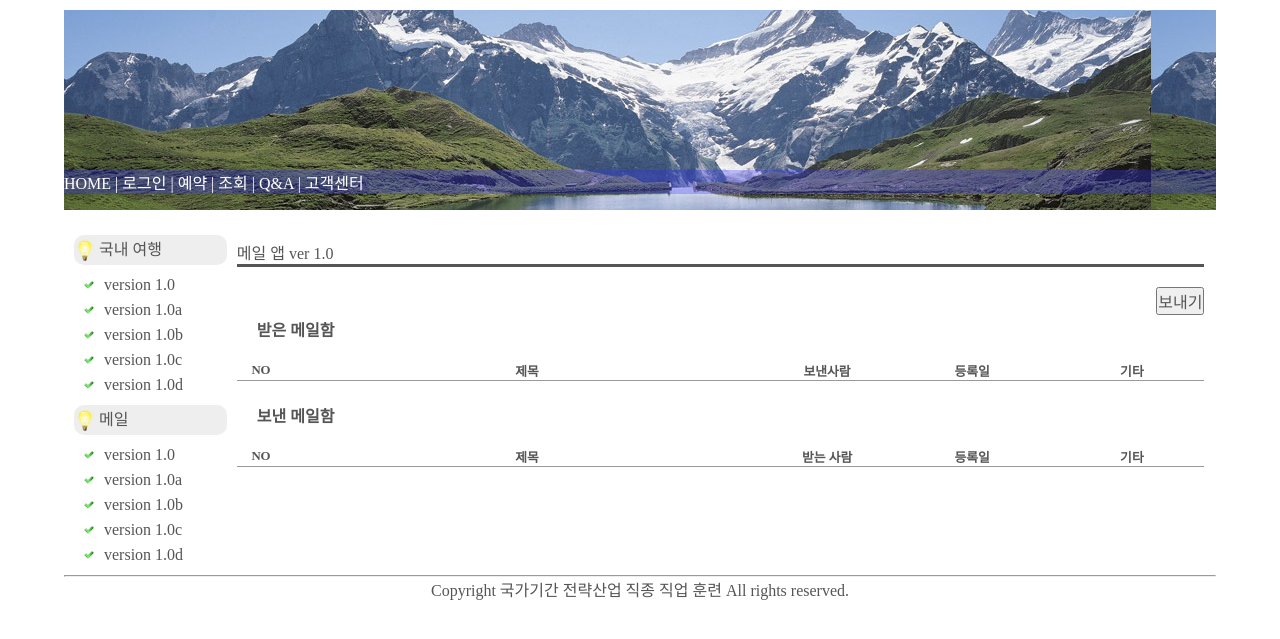
Repository: jangky000/ai_web
Page: http://localhost/blog_v2jc/mail_app/list.jsp
An editor plug-in stored every save of this project. The page is shown before and after the next save, followed by the edit.
The browser window is 1280 px wide. The pictures show the whole page.
The page is served by Tomcat 9. Other server files are loaded and not shown. Queries for data that is not in the repository find no rows.

Above is the page before, as saved 2020-03-27 06:49:35.

### ws__frame/blog_v2jc/WebContent/mail_app/list.jsp
<%@ page contentType="text/html; charset=UTF-8" %>

<!-- MySQL에서 DBMS에 연결할때 쓰던 import 패키지와 구성이 같다. -->
 <!-- MovieDAO2.java 참조 -->
<%@ page import="java.sql.Connection" %>
<%@ page import=" java.sql.DriverManager" %>
<%@ page import="java.sql.PreparedStatement" %>
<%@ page import="java.sql.ResultSet" %>
<%@ page import="java.sql.SQLException" %>

<%
request.setCharacterEncoding("utf-8");
String root = request.getContextPath();
%>

<%
// 필요 변수 선언
Connection con = null;              // DBMS 연결
PreparedStatement pstmt = null; // SQL 실행
ResultSet rs = null;                   // SELECT 결과를 저장
StringBuffer sql = null;              // SQL 문장
int count = 0;                         // 처리된 레코드 갯수

// MYSQL
// String className = "org.gjt.mm.mysql.Driver"; // MySQL 연결 Driver
// String url = "jdbc:mysql://172.16.12.4:3306/javadb?useUnicode=true&characterEncoding=euckr"; //데이터베이스 javadb 사용

//Oracle, jdbc 연결
String className = "oracle.jdbc.driver.OracleDriver"; // Oracle 연결 Driver
String url = "jdbc:oracle:thin:@127.0.0.1:1521:XE"; //XE -> soldesk 등으로 달라질 수 있다.

String user = "ai6";
String password = "1234";
%>

<!DOCTYPE html>
<html lang="ko">
<head>
<meta charset="UTF-8">
<title>메일 앱</title>
<link href="<%=root%>/css/style.css" rel="Stylesheet" type="text/css">
</head>
<body>
<jsp:include page="/menu/top.jsp" flush='false' />
  <div class="title_line">메일 앱 ver 1.0</div>
  <div class="sub_menu">
    <button type="button" onclick="location.href='./create_form.jsp'">보내기</button>
  </div>
  <table class="table_basic">
    <caption style="text-align: left; margin: 0 0 20px 20px;"><h2>받은 메일함</h2></caption>
    <colgroup>
      <col style="width: 5%;">
      <col style="width: 50%;">
      <col style="width: 12%;">
      <col style="width: 18%;">
      <col style="width: 15%;">
    </colgroup>
    <thead>
      <tr>
        <th class="th_basic">NO</th>
        <th class="th_basic">제목</th>
        <th class="th_basic">보낸사람</th>
        <th class="th_basic">등록일</th>
        <th class="th_basic">기타</th>
      </tr>
    </thead>
    <tbody>
      <%
      try {
        Class.forName(className);
        con = DriverManager.getConnection(url, user, password );

        sql = new StringBuffer();
        sql.append(" SELECT mailno, title, content, mail_from, mail_to, rdate");
        sql.append(" FROM mail_app");
        sql.append(" ORDER BY mailno DESC");

        pstmt = con.prepareStatement(sql.toString());

        rs = pstmt.executeQuery(); // SELECT문 실행: executeQuery() : return ResultSet 타입

        int n = 0;
        while(true) {
          if(rs.next() == true) {
            System.out.println(rs.getInt("mailno"));
            %>
            <tr>
              <td class="td_basic"><%= rs.getInt("mailno")%></td>
              <td class="td_left"><a href="./read.jsp?mailno=<%= rs.getInt("mailno")%>"><%= rs.getString("title")%></a></td>
              <td class="td_basic"><%= rs.getString("mail_from")%></td>
              <td class="td_basic"><%= rs.getString("rdate")%></td>
              <td class="td_basic">수정/삭제</td>
            </tr>
            <%
          }
          else {
            break;
          }
        }

      } catch (SQLException e) {
        System.out.println("SQL 실행 중 예외 발생");
        e.printStackTrace();
      } catch (ClassNotFoundException e) {
        System.out.println("JDBC 드라이버가 없습니다.");
        e.printStackTrace();
      } finally {
        try{ if (rs != null){ rs.close(); } }catch(Exception e){ }
        try{ if (pstmt != null){ pstmt.close(); } }catch(Exception e){ }
        try{ if (con != null){ con.close(); } }catch(Exception e){ }
      }
      %>
    </tbody>
  </table>

  <table class="table_basic">
    <caption style="text-align: left; margin: 20px 0 20px 20px;"><h2>보낸 메일함</h2></caption>
    <colgroup>
      <col style="width: 5%;">
      <col style="width: 50%;">
      <col style="width: 12%;">
      <col style="width: 18%;">
      <col style="width: 15%;">
    </colgroup>
    <thead>
      <tr>
        <th class="th_basic">NO</th>
        <th class="th_basic">제목</th>
        <th class="th_basic">받는 사람</th>
        <th class="th_basic">등록일</th>
        <th class="th_basic">기타</th>
      </tr>
    </thead>
    <tbody>
      <%
      try {
        Class.forName(className);
        con = DriverManager.getConnection(url, user, password );

        sql = new StringBuffer();
        sql.append(" SELECT mailno, title, content, mail_from, mail_to, rdate");
        sql.append(" FROM mail_app");
        sql.append(" ORDER BY mailno DESC");

        pstmt = con.prepareStatement(sql.toString());

        rs = pstmt.executeQuery(); // SELECT문 실행: executeQuery() : return ResultSet 타입

        int n = 0;
        while(true) {
          if(rs.next() == true) {
            System.out.println(rs.getInt("mailno"));
            %>
            <tr>
              <td class="td_basic"><%= rs.getInt("mailno")%></td>
              <td class="td_left"><a href="./read.jsp?mailno=<%= rs.getInt("mailno")%>"><%= rs.getString("title")%></a></td>
              <td class="td_basic"><%= rs.getString("mail_from")%></td>
              <td class="td_basic"><%= rs.getString("rdate")%></td>
              <td class="td_basic">수정/삭제</td>
            </tr>
            <%
          }
          else {
            break;
          }
        }

      } catch (SQLException e) {
        System.out.println("SQL 실행 중 예외 발생");
        e.printStackTrace();
      } catch (ClassNotFoundException e) {
        System.out.println("JDBC 드라이버가 없습니다.");
        e.printStackTrace();
      } finally {
        try{ if (rs != null){ rs.close(); } }catch(Exception e){ }
        try{ if (pstmt != null){ pstmt.close(); } }catch(Exception e){ }
        try{ if (con != null){ con.close(); } }catch(Exception e){ }
      }
      %>
    </tbody>
  </table>



<jsp:include page="/menu/bottom.jsp" flush='false' />
</body>
</html>
</html>

### ws__frame/blog_v2jc/WebContent/menu/top.jsp
<%@ page contentType="text/html; charset=UTF-8" %>
<!-- jsp: include를 사용했기 때문에 root로 인한 충돌이 발생하지 않는다. -->
<% String root = request.getContextPath(); %>

<DIV class='container'>
  <DIV class='top_img'>
    <NAV class="top_menu">
      <a href="<%=root %>" class="menu_link">HOME</a> | 로그인 | 예약 | 조회 | Q&A | 고객센터
    </NAV>
  </DIV>

  <DIV style='margin-top: 10px;'> <!-- 좌측 메뉴 + 내용 시작 -->
    <DIV class='left_menu'> <!--  좌측 메뉴 시작 -->
      <div class="li_left_menu_1" >국내 여행</div>
      <UL>
         <!-- 모든 위치에서 동일한 주소를 찾아야하므로, 절대 경로로 설정 -->
        <LI class="li_left_menu_2"><a href="<%= request.getContextPath() %>/notice1/list.jsp">version 1.0</a></LI>
        <LI class="li_left_menu_2"><a href="<%= request.getContextPath() %>/notice1a/list.jsp">version 1.0a</a></LI>
        <LI class="li_left_menu_2"><a href="<%= request.getContextPath() %>/notice1b/list.jsp">version 1.0b</a></LI>
        <LI class="li_left_menu_2"><a href="<%= request.getContextPath() %>/notice1c/list.jsp">version 1.0c</a></LI>
        <LI class="li_left_menu_2"><a href="<%= request.getContextPath() %>/notice1d/list.jsp">version 1.0d</a></LI>
      </UL>
      <!-- br을 쓰는 것보다 margin으로 여백을 주는 것이 낫다 -->
      <div class="li_left_menu_1">메일</div>
      <UL>
        <LI class="li_left_menu_2"><a href="<%= request.getContextPath() %>/mail_app/list.jsp">version 1.0</a></LI>
        <LI class="li_left_menu_2"><a href="<%= request.getContextPath() %>/mail_app1a/list.jsp">version 1.0a</a></LI>
        <LI class="li_left_menu_2"><a href="<%= request.getContextPath() %>/mail_app1b/list.jsp">version 1.0b</a></LI>
        <LI class="li_left_menu_2"><a href="<%= request.getContextPath() %>/mail_app1c/list.jsp">version 1.0c</a></LI>
        <LI class="li_left_menu_2"><a href="<%= request.getContextPath() %>/mail_app1d/list.jsp">version 1.0d</a></LI>
      </UL>

    </DIV>  <!--  좌측 메뉴 종료 -->

    <DIV class='content_body'> <!--  내용 시작 -->

### ws__frame/blog_v2jc/WebContent/menu/bottom.jsp
<%@ page contentType="text/html; charset=UTF-8" %>

    </DIV> <!-- 내용 종료 -->
  </DIV> <!-- 좌측 메뉴 + 내용 종료 -->

  <!-- 화면 하단 메뉴 -->
  <DIV class='copyright'>
    <HR>
    Copyright 국가기간 전략산업 직종 직업 훈련 All rights reserved.
  </DIV>

</DIV> <!-- 컨테이너 종료 -->

### ws__frame/blog_v2jc/WebContent/css/style.css
/* ver 0.2 */
/* 모든 태그에 적용 */
  *{
     font-family: Malgun Gothic;
     font-size: 16px;
     margin: 0px;  /* top right bottom left */
     padding: 0px;
     color: #555555;
  }

  .container {
    width: 90%;
    margin: 10px auto;
  }

  /*
  이미지 경로 지정
  권장하지 않는 방법(절대경로): background-image: url('/blog_v2jc/css/images/top_image.jpg');
  권장하는 방법(상대경로): background-image: url('./images/top_image.jpg');
  style.css 파일이 include(link)되는 폴더를 현재 폴더로 인식함
  /blog_v2jc/css/style.css에서 사용
  /blog_v2jc/css/images/top_image.jpg 인식
   */
  .top_img {
    width: 100%;
    height: 200px;
    /* background-image: url('/blog_v2jc/menu/images/top_image.jpg'); */
    background-image: url('./images/top_image.jpg');
  }

  .top_menu {
    position: relative;  /* 부모 태그 기준 화면 상단 기준 */
    top: 80%;
    /* left: 2px;  */
    background-color: rgba(50, 50, 255, 0.3);
    color: white;
  }

  .left_menu {
    width: 15%;
    float: left;
  }

  .content_body {
    width: 84%;
    float: left;
  }

  .content_bottom {

  }

  .bottom_menu {
    text-align: center;
    margin: 20px auto;
    clear: both;
  }

  .copyright {
    text-align: center;
    margin: 20px auto; /* 블럭 가운데 정렬 */
    clear: both; /*  float: left; 해제 float 효과를 제거 */
  }

  .li_warning{/* 경고 메시지 */
    list-style: none;
    margin: 15px 10px;
    color: #ff6600;
  }

  .li_error{ /* 에러 메시지 */
    list-style: none;
    margin: 15px 10px;
    color: #FF0000;
  }

  .li_none{
    list-style: none;
    margin: 15px 10px;
  }

  .fieldset_basic{
    width:90%;
    margin:10px auto;
    border-top: none;
    border-right: none;
    border-bottom: none;
    border-left: none;
    padding: 10px;
  }

  .legend_basic{
    margin-left:30px;
    border:solid 1px #999999;
    background-color: #A6C2FF;
    color:#FFFFFF;
  }

  input:focus {outline:none;}
  .input_basic{
    border-top: none;
    border-right: none;
    border-bottom: solid 1px #999999;
    border-left: none;
  }

  .title_line{
    text-align:left;
    /* text-decoration: underline; */
    border-bottom: solid 3px #555555;
    width: 100%;
    margin: 20px auto;

  }

  .sub_menu{
    text-align: right;
    width: 100%;
  }

  .table_basic{
    border-collapse: collapse; /* 셀 합치기 */
    margin: 2px auto;
    width: 100%;
  }

  /*
    1em 기본값: 16px, 주변 태그의 글자 크기를 1em으로 인식
    div 태그가 20px일 경우 자식 태그가 0.5em이면 최종적으로 10px이 적용됨.
  */
  .th_basic{
    font-size: 0.8em;
    border-bottom: solid 1px #999999;
  }

  .td_basic{
    background-color: #ffffff;

    border-top: none;
    border-right: none;
    border-bottom: solid 1px #dddddd;
    border-left: none;

    text-align: center;
  }

  .td_left{
    background-color: #ffffff;

    border-top: none;
    border-right: none;
    border-bottom: solid 1px #dddddd;
    border-left: none;

    text-align: left;
  }

  A:link{  /* 방문전 상태 */
    text-decoration: none; /* 밑줄 삭제 */
    color: #555555;
  }

  A:visited{  /* 방문후 상태 */
    text-decoration: none; /* 밑줄 삭제 */
    color: #555555;
  }

  A:hover{  /* A 태그에 마우스가 올라간 상태 */
    text-decoration: underline; /* 밑줄 출력 */
    color: #7777FF;
  }

  A:active{  /* A 태그를 클릭한 상태 */
    text-decoration: underline; /* 밑줄 출력 */
    color: #7777FF;
  }

  /* top menu */
  .menu_link:link{  /* 방문전 상태 */
    text-decoration: none; /* 밑줄 삭제 */
    color: white;
  }

  .menu_link:visited{  /* 방문후 상태 */
    text-decoration: none; /* 밑줄 삭제 */
    color: white;
  }

  .menu_link:hover{  /* A 태그에 마우스가 올라간 상태 */
    text-decoration: underline; /* 밑줄 출력 */
    color: white;
    /* font-weight: bold; */
  }

  .menu_link:active{  /* A 태그를 클릭한 상태 */
    text-decoration: underline; /* 밑줄 출력 */
    color: white;
  }

  .content_title{
    border-top: none;
    border-right: none;
    border-bottom: solid 1px #999999;
    border-left: none;

    margin-bottom: 20px;
  }

  .content_bottom{
    border-top: none;
    border-right: none;
    border-bottom: none;
    border-left: none;
    margin: 20px 0;
    text-align: right;
    font-size: 0.8em;
  }

  .li_left_menu_1{/* 화면 좌측 대분류 */
    list-style: none;
    margin: 15px 10px;
    background: url(./images/li_left_menu_1.png) left center no-repeat; /* url 왼쪽 중간 반복x */
    background-color:#eeeeee;
    border-radius:10px;
    background-size: 22px;
    padding-left: 25px;
    line-height: 30px;
  }

  .li_left_menu_2{/* 화면 좌측 중분류 */
    list-style: none;
    margin: 15px 10px;
    background: url(./images/li_left_menu_2.png) left center no-repeat; /* url 왼쪽 중간 반복x */
    background-size: 10px;
    margin-left: 20px;
    padding-left: 20px;
    line-height: 10px;
  }

After the next save:
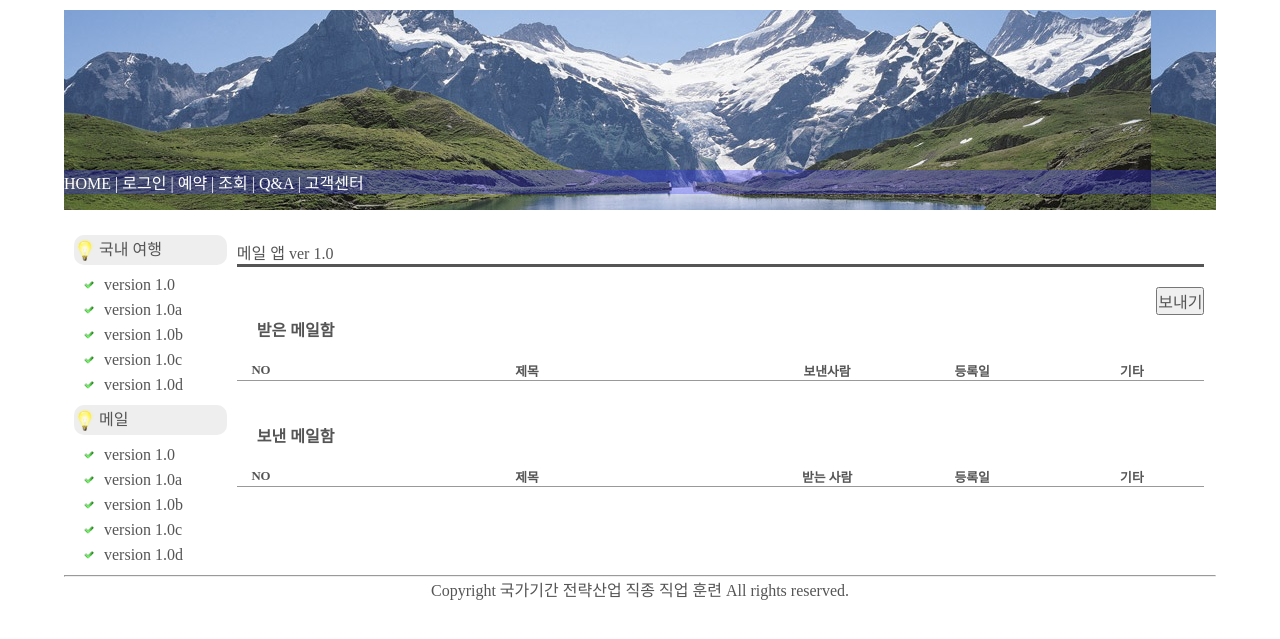
Saved 11 s later.
--- a/ws__frame/blog_v2jc/WebContent/mail_app/list.jsp
+++ b/ws__frame/blog_v2jc/WebContent/mail_app/list.jsp
@@ -114,7 +114,7 @@ String password = "1234";
   </table>
 
   <table class="table_basic">
-    <caption style="text-align: left; margin: 20px 0 20px 20px;"><h2>보낸 메일함</h2></caption>
+    <caption style="text-align: left; margin: 40px 0 20px 20px;"><h2>보낸 메일함</h2></caption>
     <colgroup>
       <col style="width: 5%;">
       <col style="width: 50%;">
